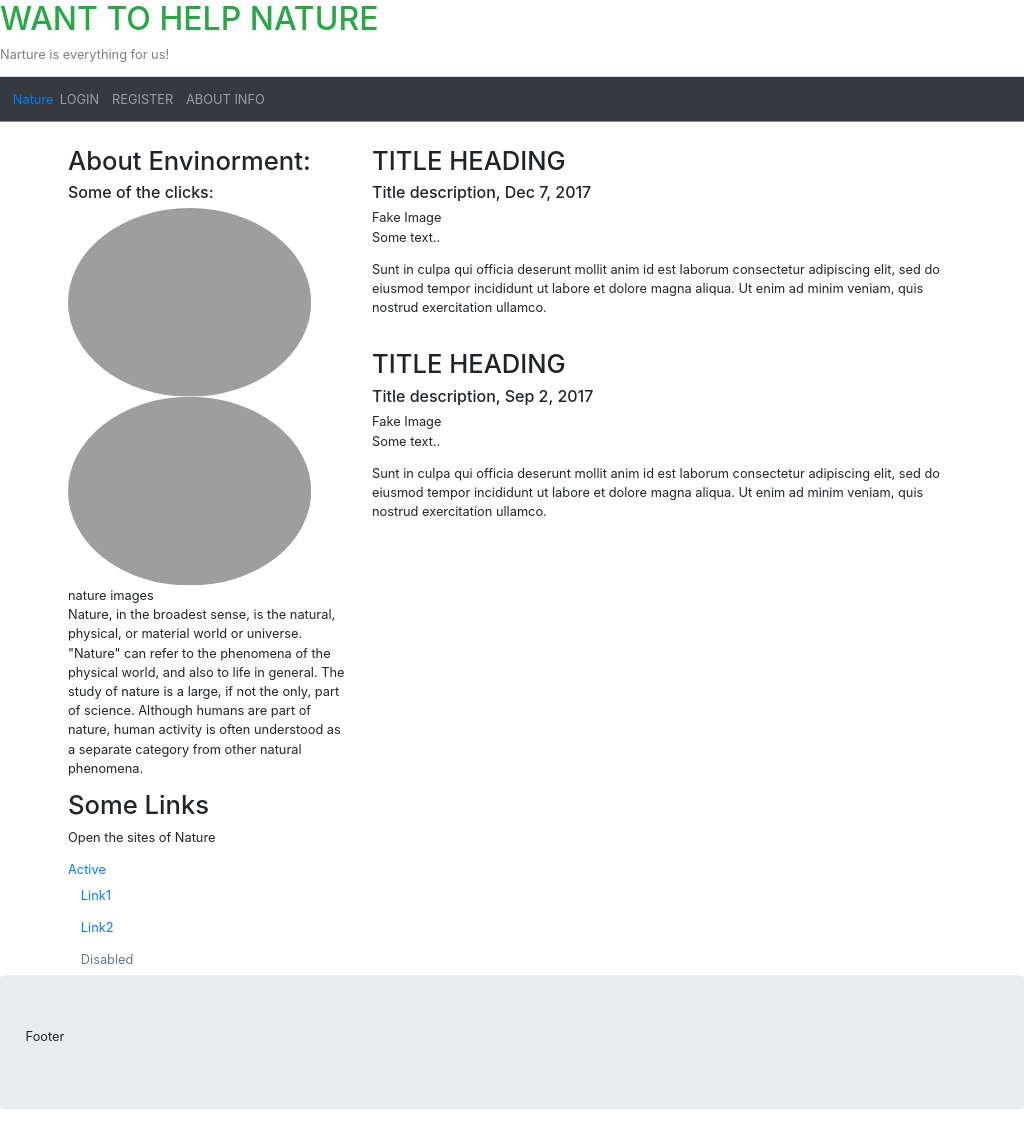
Repository: Apoorvasuswaram/cts
Page: appu/WebContent/main.html
These files come from the project's save history. The page is drawn as it stood at one moment and after the next save; the edit follows.
The browser window is 1280 px wide. The pictures show the whole page, at 80% of full size.
Pictures or frames that could not be fetched are drawn as grey boxes.

Above is the page before, as saved 2020-01-18 12:03:55.

### appu/WebContent/main.html
<!DOCTYPE html>
<html lang="en">
<head>
  <title>WANT TO HELP NATURE</title>
  <meta charset="utf-8">
  <meta name="viewport" content="width=device-width, initial-scale=1">
  <link rel="stylesheet" href="https://maxcdn.bootstrapcdn.com/bootstrap/4.4.1/css/bootstrap.min.css">
  <script src="https://ajax.googleapis.com/ajax/libs/jquery/3.4.1/jquery.min.js"></script>
  <script src="https://cdnjs.cloudflare.com/ajax/libs/popper.js/1.16.0/umd/popper.min.js"></script>
  <script src="https://maxcdn.bootstrapcdn.com/bootstrap/4.4.1/js/bootstrap.min.js"></script>
  <style>
  .fakeimg{
  .rounded_circle {
  <img src="beautiful.jpg" class="rounded-circle" alt="Nature" width="304" height="236">
    height: 200px;
    background: #aaa;
  }
  }
  </style>
</head>
<body>

<div class="text-black-50" class="jumbotron text-center text-danger" style="margin-bottom:10" >
  <h1 class="text-success">WANT TO HELP NATURE</h1>
  <p>Narture is everything for us!</p>
</div>

<nav class="navbar navbar-expand-sm bg-dark navbar-dark">
  <a class="nature" href="https://www.nature.com/">Nature</a>
  <button class="navbar-toggler" type="button" data-toggle="collapse" data-target="#collapsibleNavbar">
    <span class="navbar-toggler-icon"></span>
  </button>
  <div class="collapse navbar-collapse" id="collapsibleNavbar">
    <ul class="navbar-nav">
      <li class="nav-item">
        <a class="nav-link" href="a.html">LOGIN</a>
      </li>
      <li class="nav-item">
        <a class="nav-link" href="b.html">REGISTER</a>
      </li>
      <li class="nav-item">
        <a class="nav-link" href="c.html">ABOUT INFO</a>
      </li>
    </ul>
  </div>
</nav>

<div class="container" style="margin-top:30px">
  <div class="row" >
    <div class="col-sm-4">
      <h2>About Envinorment:</h2>
      <h5>Some of the clicks:</h5>
      <img src="https://encrypted-tbn0.gstatic.com/images?q=tbn:ANd9GcT7phRPxEJ5AdGMS80Z9TYliyJsaAeqdgo7zPae0Abqflge0t0g&s" class="rounded-circle" alt="Nature" width="304" height="236">
      <img src="https://www.theglobeandmail.com/resizer/CiTkf2JIqrKG3C4P3y0PLbf0lqk=/620x0/filters:quality(80)/arc-anglerfish-tgam-prod-tgam.s3.amazonaws.com/public/MFAAGTRQQ5EQNIJ2WEA6DMYO6Q.jpg" class="rounded-circle" alt="Nature1" width="304" height="236">
      <div class="fakeimg">nature images</div>
      <p>Nature, in the broadest sense, is the natural, physical, or material world or universe. "Nature" can refer to the phenomena of the physical world, and also to life in general. The study of nature is a large, if not the only, part of science. Although humans are part of nature, human activity is often understood as a separate category from other natural phenomena.</p>
      <h2>Some Links</h2>
      <p class="text-register">Open the sites of Nature</p>
      <ul class="nav nav-pills flex-column">
        <li class="nav-item">
          <a class="nat-link active" href="#">Active</a>
        </li>
        <li class="nav-item">
          <a class="nav-link" href="https://www.natureasia.com/en">Link1</a>
        </li>
        <li class="nav-item">
          <a class="nav-link" href="https://www.springernature.com/gp/open-research/journals-books/journals">Link2</a>
        </li>
        <li class="nav-item">
          <a class="nav-link disabled" href="#">Disabled</a>
        </li>
      </ul>
      <hr class="d-sm-none">
    </div>
    <div class="col-sm-8">
      <h2>TITLE HEADING</h2>
      <h5>Title description, Dec 7, 2017</h5>
      <div class="fakeimg">Fake Image</div>
      <p>Some text..</p>
      <p>Sunt in culpa qui officia deserunt mollit anim id est laborum consectetur adipiscing elit, sed do eiusmod tempor incididunt ut labore et dolore magna aliqua. Ut enim ad minim veniam, quis nostrud exercitation ullamco.</p>
      <br>
      <h2>TITLE HEADING</h2>
      <h5>Title description, Sep 2, 2017</h5>
      <div class="fakeimg">Fake Image</div>
      <p>Some text..</p>
      <p>Sunt in culpa qui officia deserunt mollit anim id est laborum consectetur adipiscing elit, sed do eiusmod tempor incididunt ut labore et dolore magna aliqua. Ut enim ad minim veniam, quis nostrud exercitation ullamco.</p>
    </div>
  </div>
</div>

<div class="jumbotron" style="margin-top:10">
  <p>Footer</p>
</div>

</body>
</html>

After the next save:
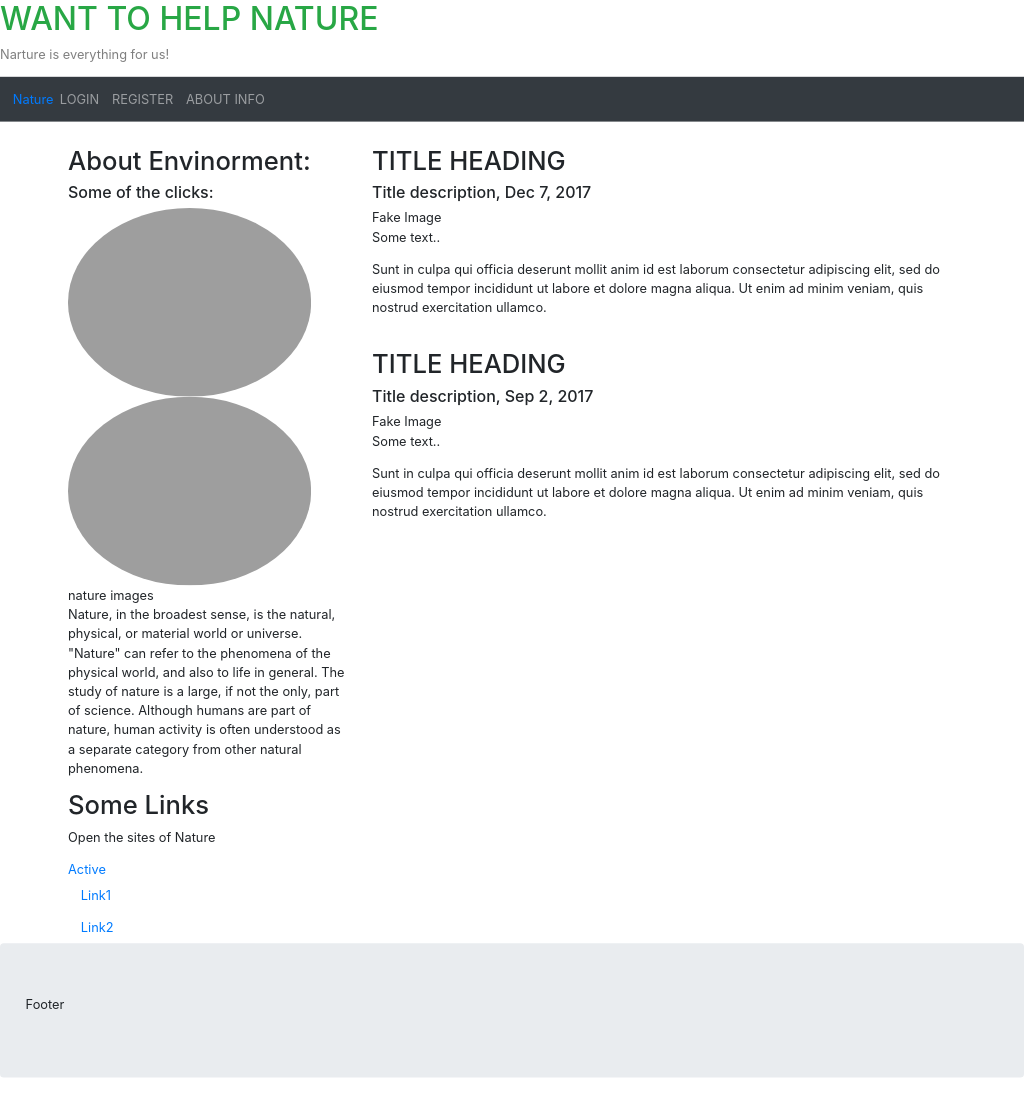
Saved 13 s later.
--- a/appu/WebContent/main.html
+++ b/appu/WebContent/main.html
@@ -66,9 +66,6 @@
         <li class="nav-item">
           <a class="nav-link" href="https://www.springernature.com/gp/open-research/journals-books/journals">Link2</a>
         </li>
-        <li class="nav-item">
-          <a class="nav-link disabled" href="#">Disabled</a>
-        </li>
       </ul>
       <hr class="d-sm-none">
     </div>
